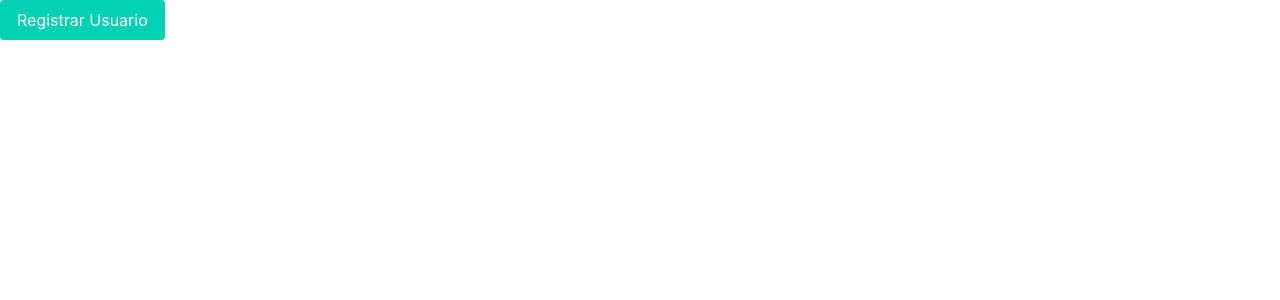
Repository: Spawnbig/ProyectoEspTec1
Page: /
The author's editor kept a copy of each file at every save. The page is drawn from the files as they stood at one save, then again after the next save.
The browser window is 1280 px wide. The pictures show the whole page.
The project was rebuilt for these pictures with package versions that can differ from the ones it lists, and the page was loaded fresh each time. Also part of the build but not shown: vite.config.js, src/views/Dashboard.vue.

Above is the page before, as saved 2022-07-08 20:30:24.

After the next save:
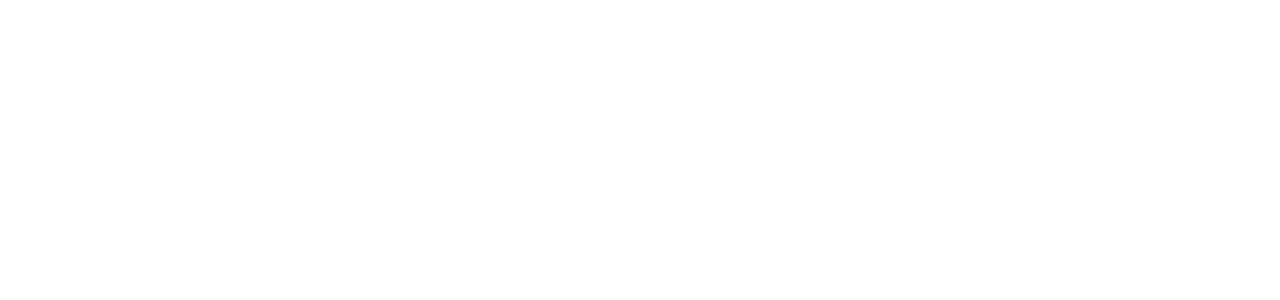
Saved 71 s later.
--- a/src/components/CrearUsuario.vue
+++ b/src/components/CrearUsuario.vue
@@ -1,5 +1,11 @@
 <template>
-<button class="button is-primary">Registrar Usuario</button>
+<div class="modal">
+  <div class="modal-background"></div>
+  <div class="modal-content">
+    <!-- Any other Bulma elements you want -->
+  </div>
+  <button class="modal-close is-large" aria-label="close"></button>
+</div>
 </template>
 
 <script>

After the save that followed:
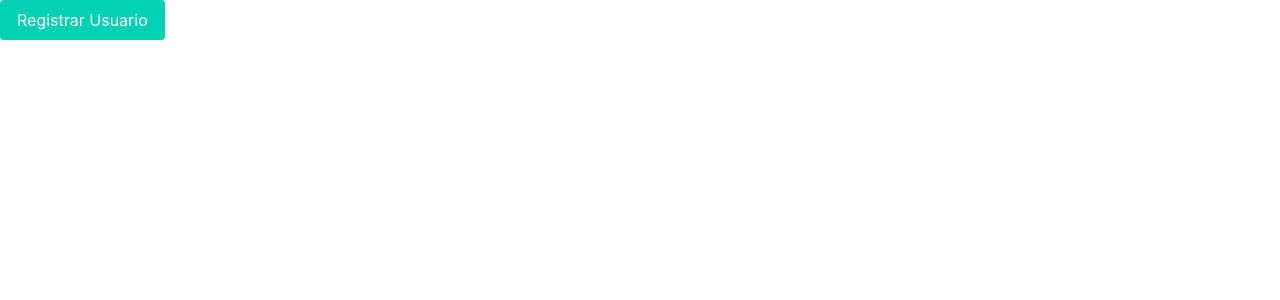
Saved 35 s later.
--- a/src/components/CrearUsuario.vue
+++ b/src/components/CrearUsuario.vue
@@ -1,11 +1,8 @@
 <template>
-<div class="modal">
-  <div class="modal-background"></div>
-  <div class="modal-content">
-    <!-- Any other Bulma elements you want -->
-  </div>
-  <button class="modal-close is-large" aria-label="close"></button>
+<div>
+<button class="button is-primary">Registrar Usuario</button>
 </div>
+
 </template>
 
 <script>
